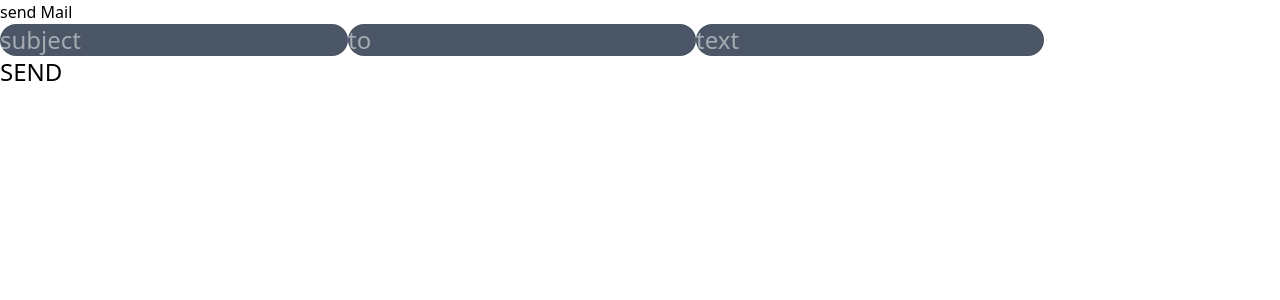
Repository: ridhukhan/sendmail
Page: / (app in Frontend/)
The author's editor kept a copy of each file at every save. The page is drawn from the files as they stood at one save, then again after a run of saves.
The browser window is 1280 px wide. The pictures show the whole page.
The project was rebuilt for these pictures with package versions that can differ from the ones it lists, and the page was loaded fresh each time.

Above is the page before, as saved 2026-02-10 14:54:24.

After the next 2 saves:
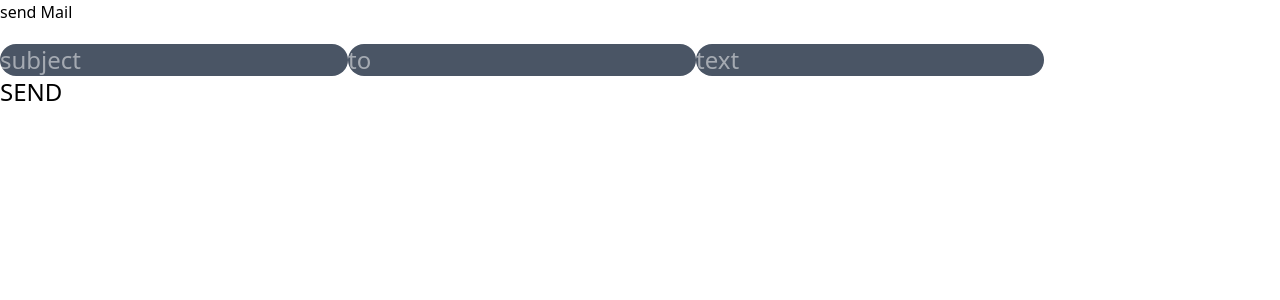
The 2 saves are shown as one change because they came seconds apart.
The last was saved 27 s later.
--- a/Frontend/src/App.jsx
+++ b/Frontend/src/App.jsx
@@ -8,7 +8,7 @@ function App() {
 <input type="text" name="" id="" placeholder='subject' className="bg-gray-600 text-white border-amber-50 rounded-2xl"/>
 
 
-<input type="email" name="" id="" placeholder='to' className="bg-gray-600 text-white border-amber-50 rounded-2xl" />
+<input type="email" name="" id="" placeholder='to' className="bg-gray-600 text-white border-amber-50 rounded-2xl mt-5" />
 <input type="text" name="" id="" placeholder='text' className="bg-gray-600 text-white border-amber-50 rounded-2xl"/><br />
 <button>SEND</button>
     </form>
